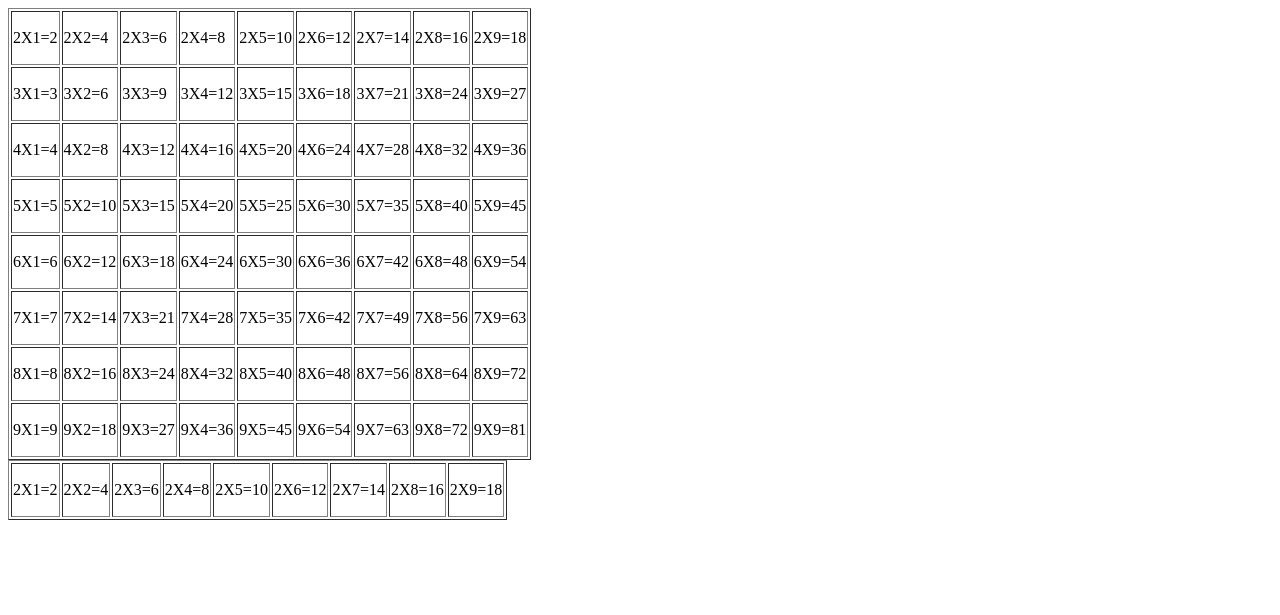
Repository: SanctusAlbino/Jsp_Servlet
Page: http://localhost/03.Tag/01.Script/Ex04For.jsp
These files come from the project's save history. The page is drawn as it stood at one moment and after the next save; the edit follows.
The browser window is 1280 px wide. The pictures show the whole page.
The page is served by Tomcat 9.

Above is the page before, as saved 2023-05-19 02:34:02.

After the next save:
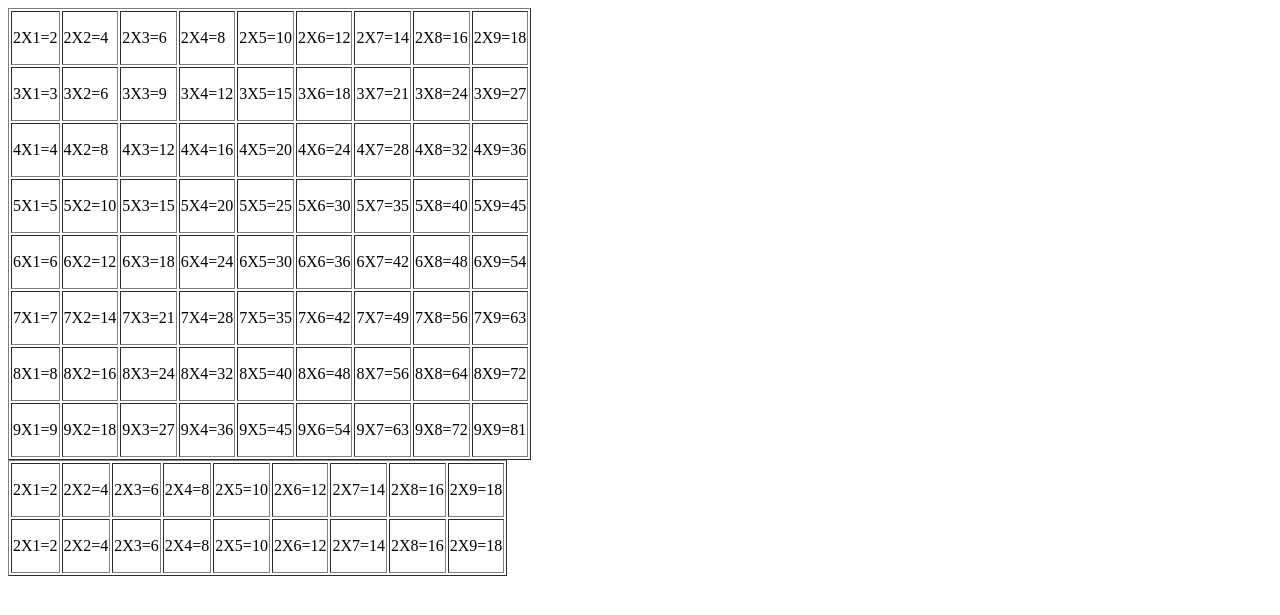
Saved 22 s later.
--- a/03.Tag/src/main/webapp/01.Script/Ex04For.jsp
+++ b/03.Tag/src/main/webapp/01.Script/Ex04For.jsp
@@ -24,7 +24,7 @@
 		<% }%>
 		</tr>
 	<%}%>
-	<%for(int i =2; i==3; i++){%>
+	<%for(int i =2; i<3; i++){%>
 		<tr>
 		<% for(int j=1; j<10; j++){%>
 			<td><p><%=i%>X<%=j%>=<%=i*j%></p></td>
